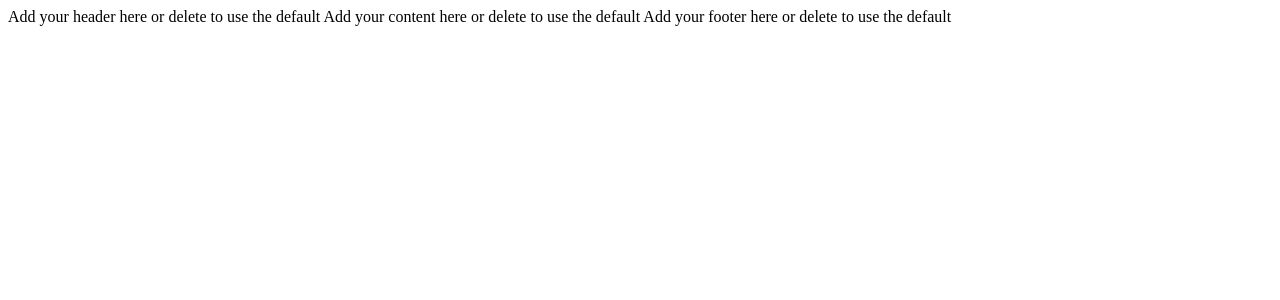
Repository: lgcusin/scad
Page: BiometricoJsf/WebContent/principalA.html
An editor plug-in stored every save of this project. The page is shown before and after the next save, followed by the edit.
The browser window is 1280 px wide. The pictures show the whole page.

Above is the page before, as saved 2019-02-14 20:41:04.

After the next save:
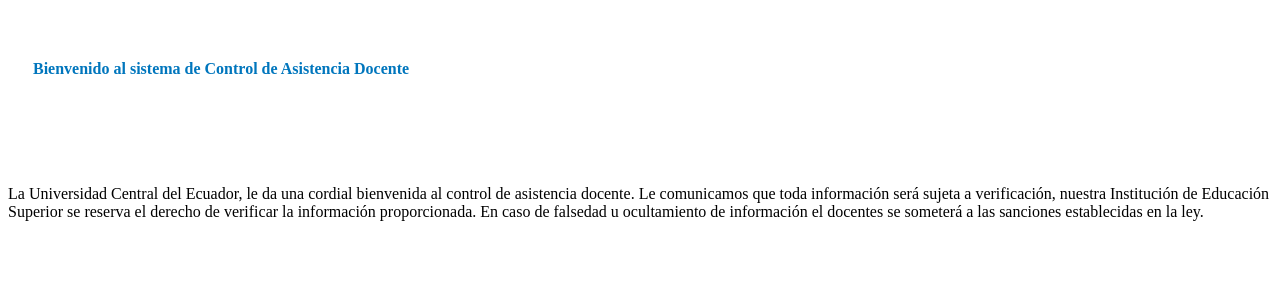
Saved 9 min 53 s later.
--- a/BiometricoJsf/WebContent/principalA.html
+++ b/BiometricoJsf/WebContent/principalA.html
@@ -6,15 +6,37 @@
 	xmlns:h="http://xmlns.jcp.org/jsf/html"
 	xmlns:f="http://xmlns.jcp.org/jsf/core">
 
-<ui:composition template="">
-	<ui:define name="header">
-	    Add your header here or delete to use the default
+<ui:composition
+	template="/componentesGenerales/plantillas/pltPrincipal.xhtml">
+	<ui:define name="cuerpo">
+		<br />
+		<br />
+		<p
+			style="margin-left: 25px; color: rgb(0, 118, 189); font-size: 16px !important; font-weight: bold">Bienvenido
+			al sistema de Control de Asistencia Docente</p>
+		<h3></h3>
+		<br />
+		<br />
+		<p:panel style="margin-left: 25px; margin-right: 25px;">
+			<h:panelGrid columns="3">
+				<h:graphicImage value="/img/uce.png" alt="U.C.E"
+					style=" width : 180px; height : 180px;" />
+				<div>
+					<p>
+						<br /> <br />La Universidad Central del Ecuador, le da una
+						cordial bienvenida al control de asistencia docente. Le
+						comunicamos que toda información será sujeta a verificación,
+						nuestra Institución de Educación Superior se reserva el derecho de
+						verificar la información proporcionada. En caso de falsedad u
+						ocultamiento de información el docentes se someterá a las
+						sanciones establecidas en la ley. <br /> <br /> <br />
+					</p>
+				</div>
+			</h:panelGrid>
+		</p:panel>
+		<h2></h2>
+		<p></p>
 	</ui:define>
-	<ui:define name="content">
-	    Add your content here or delete to use the default
-	</ui:define>
-	<ui:define name="footer">
-	    Add your footer here or delete to use the default
-	</ui:define>
+
 </ui:composition>
 </html>
